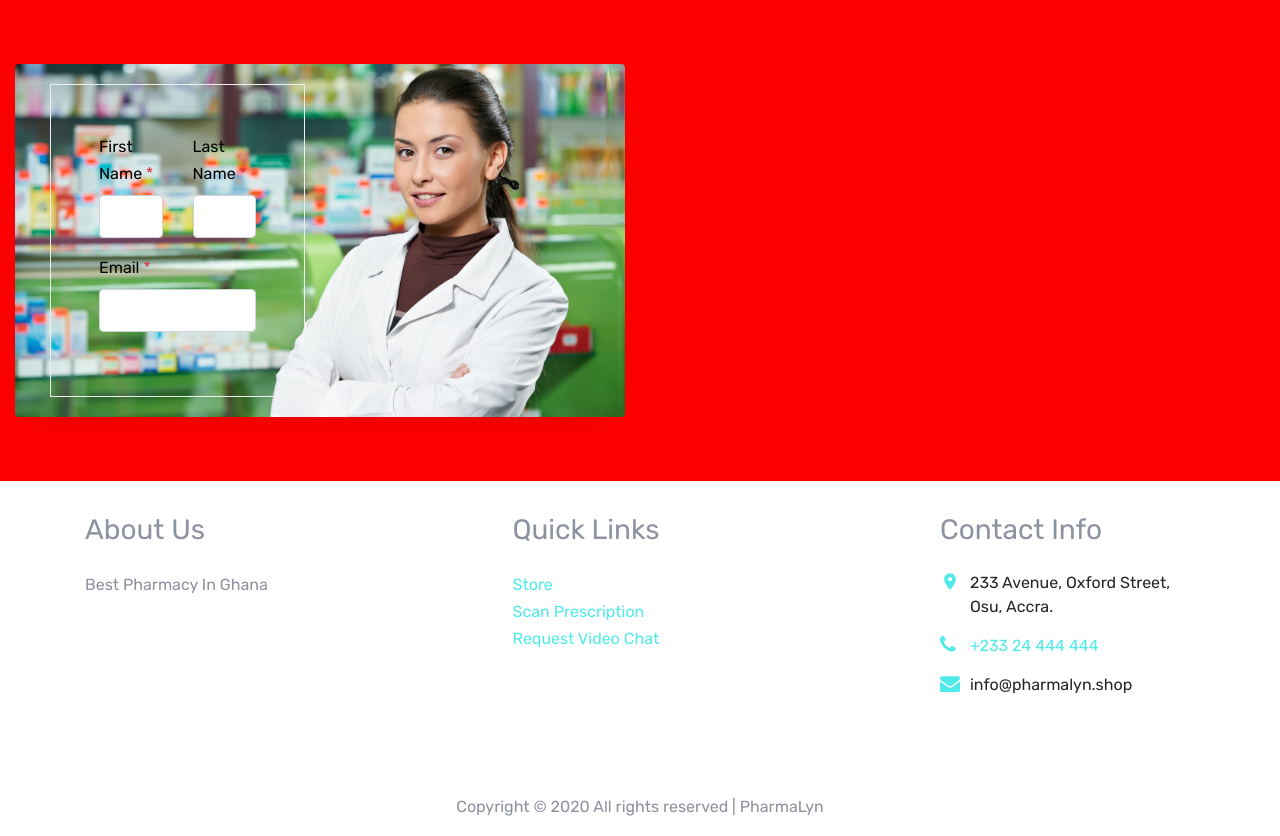
Repository: Nat-A/finalyearproject
Page: pharma/index - Copy.html
These files come from the project's save history. The page is drawn as it stood at one moment and after the next save; the edit follows.
The browser window is 1280 px wide. The pictures show the part of the page from y = 802 to 1638 px (the page is 1638 px tall before and 1571 px after).

Above is the page before, as saved 2020-06-03 12:52:43.

### pharma/index - Copy.html
<!DOCTYPE html>
<html lang="en">

<head>
    <title>PharmaLyn &mdash; HomePage</title>
    <meta charset="utf-8">
    <meta name="viewport" content="width=device-width, initial-scale=1, shrink-to-fit=no">

    <link href="https://fonts.googleapis.com/css?family=Rubik:400,700|Crimson+Text:400,400i" rel="stylesheet">
    <link rel="stylesheet" href="fonts/icomoon/style.css">

    <link rel="stylesheet" href="css/bootstrap.min.css">
    <link rel="stylesheet" href="css/magnific-popup.css">
    <link rel="stylesheet" href="css/jquery-ui.css">
    <link rel="stylesheet" href="css/owl.carousel.min.css">
    <link rel="stylesheet" href="css/owl.theme.default.min.css">


    <link rel="stylesheet" href="css/aos.css">

    <link rel="stylesheet" href="css/style.css">

</head>

<body>

    <div class="site-wrap">

        <!-- navbar  -->
        <div class="site-navbar py-2">

            <div class="search-wrap">
                <div class="container">
                    <a href="#" class="search-close js-search-close"><span class="icon-close2"></span></a>
                    <!-- search feature -->
                    <form action="#" method="post">
                        <input type="text" class="form-control" placeholder="Search drug...">
                    </form>
                </div>
            </div>

            <div class="container">
                <div class="d-flex align-items-center justify-content-between">
                    <div class="logo">
                        <div class="site-logo">
                            <a href="index.html" class="js-logo-clone">PharmaLyn</a>
                        </div>
                    </div>
                    <div class="main-nav d-none d-lg-block">
                        <nav class="site-navigation text-right text-md-center" role="navigation">
                            <ul class="site-menu js-clone-nav d-none d-lg-block">
                                <li class="active"><a href="index.html">Home</a></li>

                                <li class="has-children">
                                    <a href="#">Services</a>
                                    <ul class="dropdown">
                                        <li><a href="shop.html">Store</a></li>
                                        <li><a href="#">Scan Prescription</a></li>
                                        <li><a href="#">Request Video Chat</a></li>
                                    </ul>
                                </li>
                                <li><a href="contact.html">Contact</a></li>
                                <li><a href="about.html">About</a></li>
                                <li><a href="#">Log In / Sign Up  </a></li>
                                <!-- insert modal here -->
                            </ul>
                        </nav>
                    </div>
                    <div class="icons">
                        <a href="#" class="icons-btn d-inline-block js-search-open"><span class="icon-search"></span></a>
                        <a href="cart.html" class="icons-btn d-inline-block bag">
                            <span class="icon-shopping-bag"></span>
                            <!-- subject to the items in the cart -->
                            <span class="number">2</span>
                        </a>
                        <a href="#" class="site-menu-toggle js-menu-toggle ml-3 d-inline-block d-lg-none"><span
                class="icon-menu"></span></a>
                    </div>
                </div>
            </div>
        </div>
        <!-- end of navbar -->


        <!-- site banner -->
        <div class="site-blocks-cover" style="background-image: url('images/pills.jpg');">
            <div class="container">
                <div class="row">
                    <div class="col-lg-7 mx-auto order-lg-2 align-self-center">
                        <div class="site-block-cover-content text-center">
                            <h2 class="sub-title">PharmaLyn, We Care For You</h2>
                            <h1>Welcome To PharmaLyn</h1>
                            <p>
                                <a href="shop.html" class="btn btn-primary px-5 py-3">Shop Now</a>
                            </p>
                        </div>
                    </div>
                </div>
            </div>
        </div>
        <!-- end of banner -->


        <!-- brands -->
        <div class="jumbotron jumbotron-fluid" style="background: red">


            <div class="col-lg-6 mb-5 mb-lg-0 ">
                <a class="banner-1 h-100 d-flex " style="background-image: url( 'images/avatars/doctor4.jpg'); ">
                    <div class="banner-1-inner align-self-center ">

                        <div class="col-md-12">

                            <form action="#" method="post">

                                <div class="p-3 p-lg-5 border">
                                    <div class="form-group row">
                                        <div class="col-md-6">
                                            <label for="c_fname" class="text-black">First Name <span class="text-danger">*</span></label>
                                            <input type="text" class="form-control" id="c_fname" name="c_fname">
                                        </div>
                                        <div class="col-md-6">
                                            <label for="c_lname" class="text-black">Last Name <span class="text-danger">*</span></label>
                                            <input type="text" class="form-control" id="c_lname" name="c_lname">
                                        </div>
                                    </div>
                                    <div class="form-group row">
                                        <div class="col-md-12">
                                            <label for="c_email" class="text-black">Email <span class="text-danger">*</span></label>
                                            <input type="email" class="form-control" id="c_email" name="c_email" placeholder="">
                                        </div>
                                    </div>




                                </div>
                            </form>
                        </div>
                    </div>
                </a>
            </div>








        </div>
    </div>
    <div class="container ">
        <div class="row ">
            <div class="col-md-6 col-lg-3 mb-4 mb-lg-0 ">

                <div class="block-7 ">
                    <h3 class="footer-heading mb-4 ">About Us</h3>
                    <p>Best Pharmacy In Ghana</p>
                </div>

            </div>
            <div class="col-lg-3 mx-auto mb-5 mb-lg-0 ">
                <h3 class="footer-heading mb-4 ">Quick Links</h3>
                <ul class="list-unstyled ">
                    <li><a href="shop.html ">Store</a></li>
                    <li><a href="# ">Scan Prescription</a></li>
                    <li><a href="# ">Request Video Chat</a></li>
                </ul>
            </div>

            <div class="col-md-6 col-lg-3 ">
                <div class="block-5 mb-5 ">
                    <h3 class="footer-heading mb-4 ">Contact Info</h3>
                    <ul class="list-unstyled ">
                        <li class="address ">233 Avenue, Oxford Street, Osu, Accra. </li>
                        <li class="phone "><a href="tel:// ">+233 24 444 444</a></li>
                        <li class="email ">info@pharmalyn.shop</li>
                    </ul>
                </div>
            </div>
        </div>
        <div class="row pt-5 text-center ">
            <div class="col-md-12 ">
                <p>
                    Copyright &copy;
                    <script>
                        document.write(new Date().getFullYear());
                    </script> All rights reserved | PharmaLyn
                </p>
            </div>
        </div>
    </div>
    </footer>
    <!-- end of footer -->
    </div>

    <script src="js/jquery-3.3.1.min.js "></script>
    <script src="js/jquery-ui.js "></script>
    <script src="js/popper.min.js "></script>
    <script src="js/bootstrap.min.js "></script>
    <script src="js/owl.carousel.min.js "></script>
    <script src="js/jquery.magnific-popup.min.js "></script>
    <script src="js/aos.js "></script>

    <script src="js/main.js "></script>

</body>

</html>

Loaded but not shown: pharma/fonts/icomoon/style.css (common file); pharma/css/bootstrap.min.css (library); pharma/css/magnific-popup.css (library); pharma/css/jquery-ui.css (library); pharma/css/owl.carousel.min.css (common file); pharma/css/owl.theme.default.min.css (common file); pharma/css/aos.css (library); pharma/js/jquery-3.3.1.min.js (library); pharma/js/jquery-ui.js (library); pharma/js/popper.min.js (library); pharma/js/bootstrap.min.js (library); pharma/js/owl.carousel.min.js (library); pharma/js/jquery.magnific-popup.min.js (library); pharma/js/aos.js (library); pharma/js/main.js (219 lines, source omitted); pharma/css/style.css (1125 lines, source omitted)

After the next save:
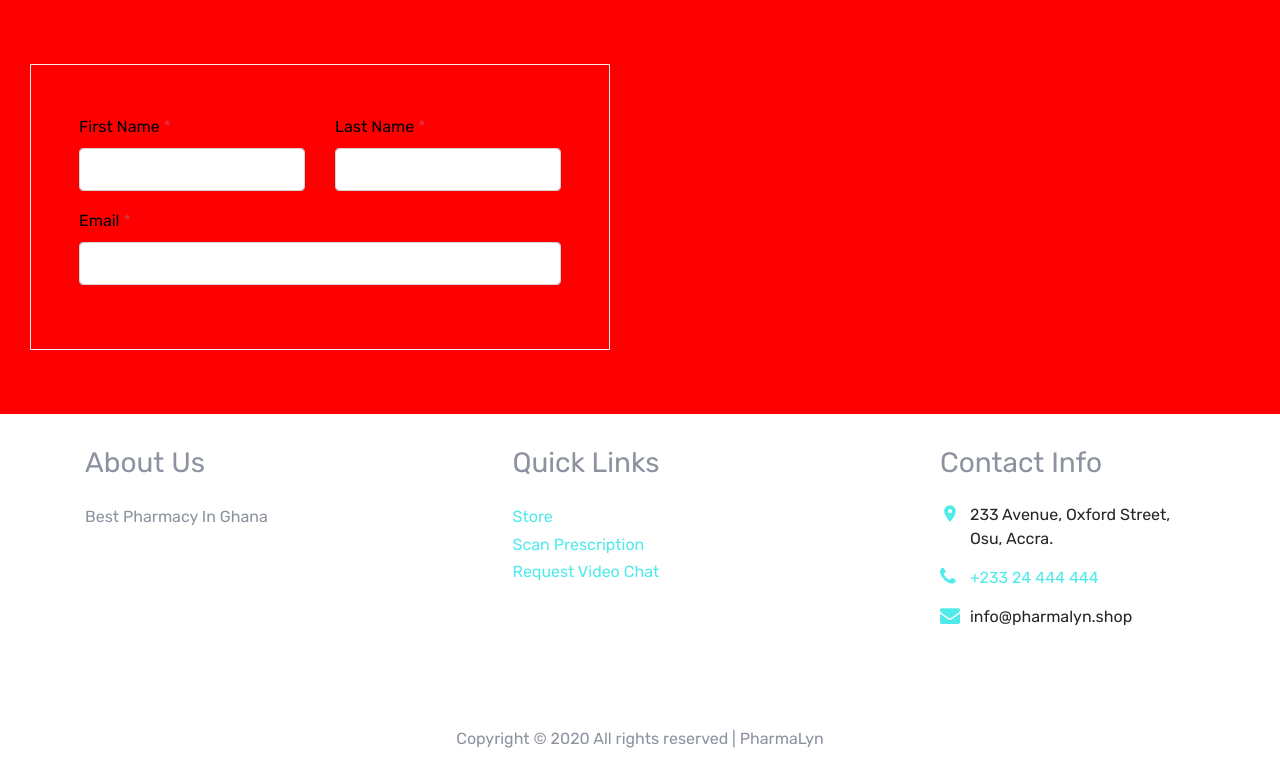
Saved 18 s later.
--- a/pharma/index - Copy.html
+++ b/pharma/index - Copy.html
@@ -106,38 +106,38 @@
 
 
             <div class="col-lg-6 mb-5 mb-lg-0 ">
-                <a class="banner-1 h-100 d-flex " style="background-image: url( 'images/avatars/doctor4.jpg'); ">
-                    <div class="banner-1-inner align-self-center ">
-
-                        <div class="col-md-12">
-
-                            <form action="#" method="post">
-
-                                <div class="p-3 p-lg-5 border">
-                                    <div class="form-group row">
-                                        <div class="col-md-6">
-                                            <label for="c_fname" class="text-black">First Name <span class="text-danger">*</span></label>
-                                            <input type="text" class="form-control" id="c_fname" name="c_fname">
-                                        </div>
-                                        <div class="col-md-6">
-                                            <label for="c_lname" class="text-black">Last Name <span class="text-danger">*</span></label>
-                                            <input type="text" class="form-control" id="c_lname" name="c_lname">
-                                        </div>
+                <!-- <a class="banner-1 h-100 d-flex " style="background-image: url( 'images/avatars/doctor4.jpg'); "> -->
+                <div class="banner-1-inner align-self-center ">
+
+                    <div class="col-md-12">
+
+                        <form action="#" method="post">
+
+                            <div class="p-3 p-lg-5 border">
+                                <div class="form-group row">
+                                    <div class="col-md-6">
+                                        <label for="c_fname" class="text-black">First Name <span class="text-danger">*</span></label>
+                                        <input type="text" class="form-control" id="c_fname" name="c_fname">
                                     </div>
-                                    <div class="form-group row">
-                                        <div class="col-md-12">
-                                            <label for="c_email" class="text-black">Email <span class="text-danger">*</span></label>
-                                            <input type="email" class="form-control" id="c_email" name="c_email" placeholder="">
-                                        </div>
+                                    <div class="col-md-6">
+                                        <label for="c_lname" class="text-black">Last Name <span class="text-danger">*</span></label>
+                                        <input type="text" class="form-control" id="c_lname" name="c_lname">
                                     </div>
-
-
-
-
                                 </div>
-                            </form>
-                        </div>
-                    </div>
+                                <div class="form-group row">
+                                    <div class="col-md-12">
+                                        <label for="c_email" class="text-black">Email <span class="text-danger">*</span></label>
+                                        <input type="email" class="form-control" id="c_email" name="c_email" placeholder="">
+                                    </div>
+                                </div>
+
+
+
+
+                            </div>
+                        </form>
+                    </div>
+                </div>
                 </a>
             </div>
 

After the save that followed:
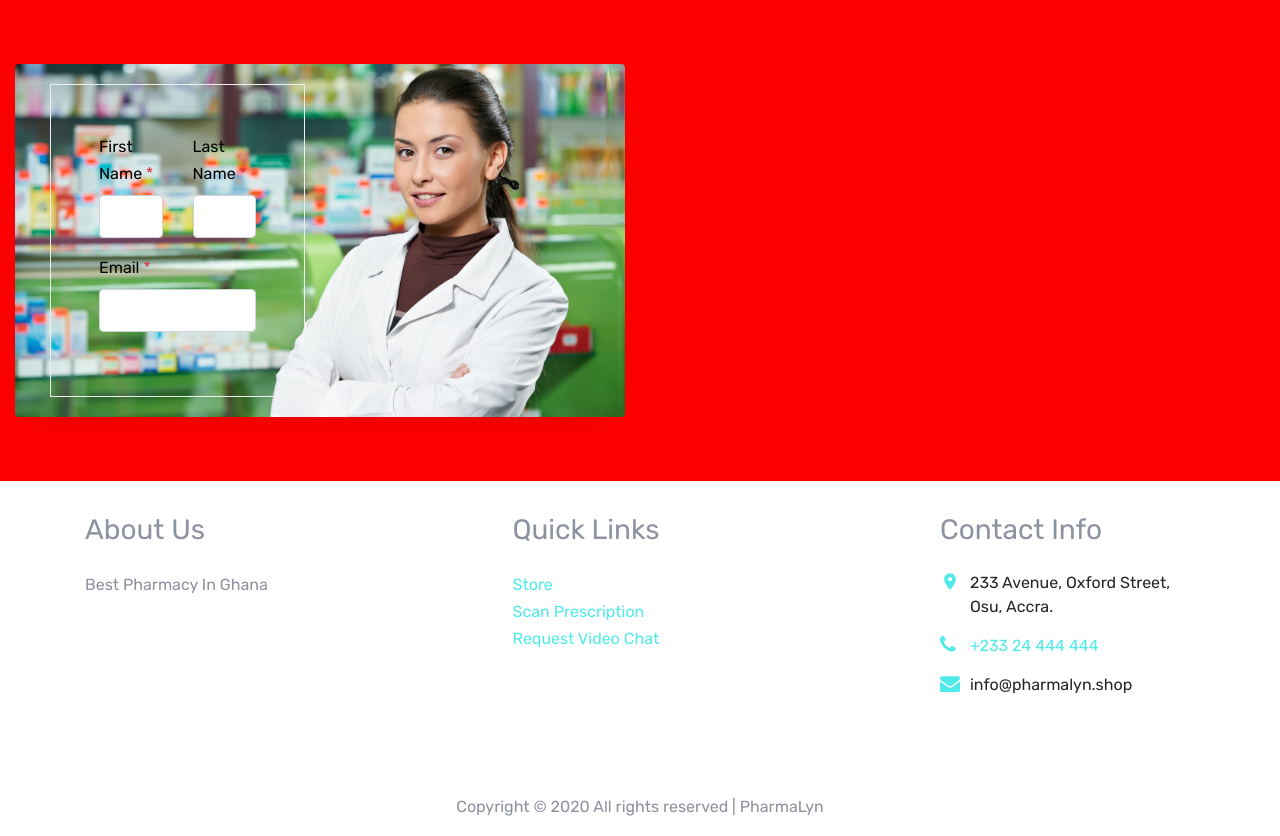
Saved 19 s later.
--- a/pharma/index - Copy.html
+++ b/pharma/index - Copy.html
@@ -106,38 +106,38 @@
 
 
             <div class="col-lg-6 mb-5 mb-lg-0 ">
-                <!-- <a class="banner-1 h-100 d-flex " style="background-image: url( 'images/avatars/doctor4.jpg'); "> -->
-                <div class="banner-1-inner align-self-center ">
-
-                    <div class="col-md-12">
-
-                        <form action="#" method="post">
-
-                            <div class="p-3 p-lg-5 border">
-                                <div class="form-group row">
-                                    <div class="col-md-6">
-                                        <label for="c_fname" class="text-black">First Name <span class="text-danger">*</span></label>
-                                        <input type="text" class="form-control" id="c_fname" name="c_fname">
+                <a class="banner-1 h-100 d-flex " style="background-image: url( 'images/avatars/doctor4.jpg'); ">
+                    <div class="banner-1-inner align-self-center ">
+
+                        <div class="col-md-12">
+
+                            <form action="#" method="post">
+
+                                <div class="p-3 p-lg-5 border">
+                                    <div class="form-group row">
+                                        <div class="col-md-6">
+                                            <label for="c_fname" class="text-black">First Name <span class="text-danger">*</span></label>
+                                            <input type="text" class="form-control" id="c_fname" name="c_fname">
+                                        </div>
+                                        <div class="col-md-6">
+                                            <label for="c_lname" class="text-black">Last Name <span class="text-danger">*</span></label>
+                                            <input type="text" class="form-control" id="c_lname" name="c_lname">
+                                        </div>
                                     </div>
-                                    <div class="col-md-6">
-                                        <label for="c_lname" class="text-black">Last Name <span class="text-danger">*</span></label>
-                                        <input type="text" class="form-control" id="c_lname" name="c_lname">
+                                    <div class="form-group row">
+                                        <div class="col-md-12">
+                                            <label for="c_email" class="text-black">Email <span class="text-danger">*</span></label>
+                                            <input type="email" class="form-control" id="c_email" name="c_email" placeholder="">
+                                        </div>
                                     </div>
+
+
+
+
                                 </div>
-                                <div class="form-group row">
-                                    <div class="col-md-12">
-                                        <label for="c_email" class="text-black">Email <span class="text-danger">*</span></label>
-                                        <input type="email" class="form-control" id="c_email" name="c_email" placeholder="">
-                                    </div>
-                                </div>
-
-
-
-
-                            </div>
-                        </form>
-                    </div>
-                </div>
+                            </form>
+                        </div>
+                    </div>
                 </a>
             </div>
 
